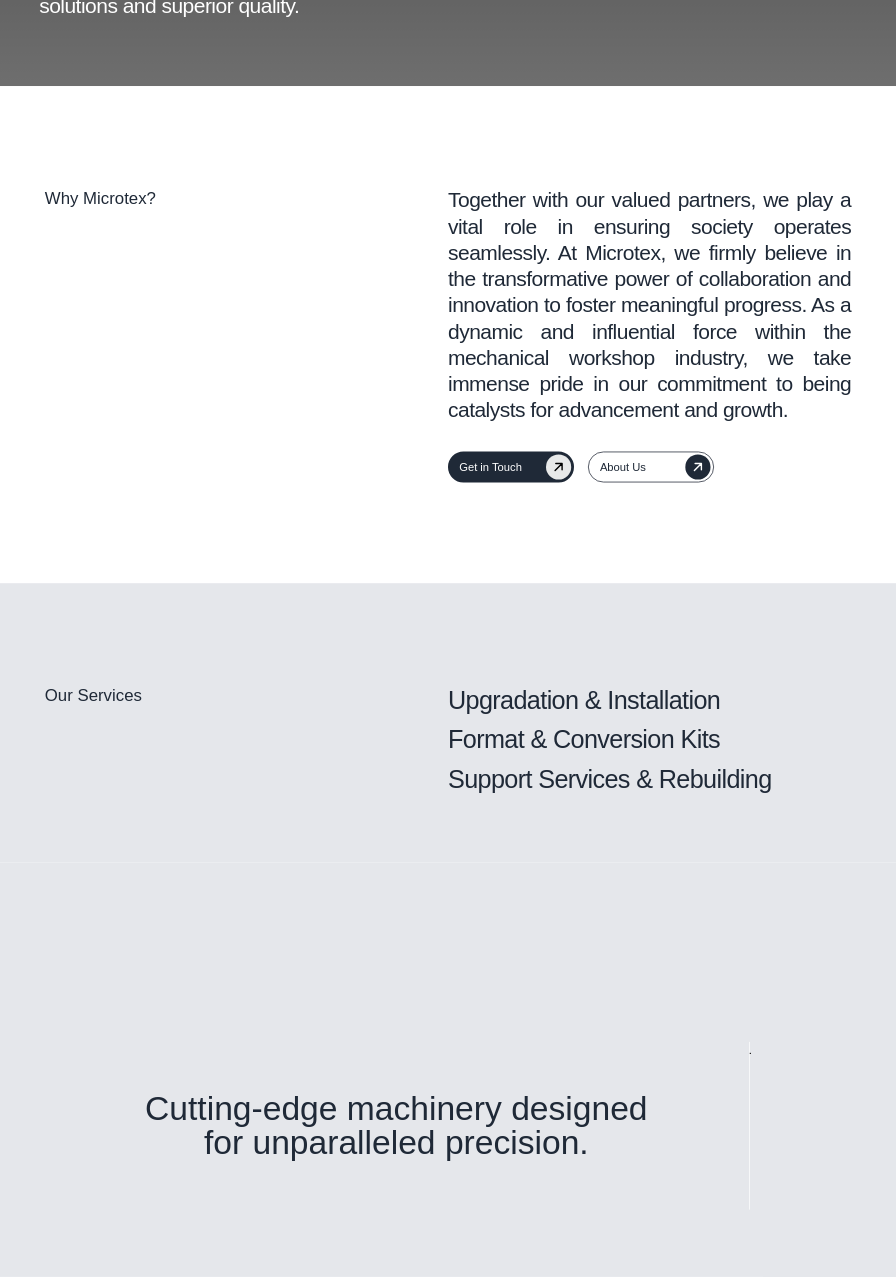
Repository: vespersolutionspk18/microtexwebsite
Page: /
These files come from the project's save history. The page is drawn as it stood at one moment and after the next save; the edit follows.
The browser window is 1280 px wide. The pictures show the part of the page from y = 683 to 2603 px (the page is 2507 px tall before and 2603 px after), at 70% of full size.
Pictures or frames that could not be fetched are drawn as grey boxes. Some web fonts or font styles are not loaded; a fallback is used. The project was rebuilt for these pictures with package versions that can differ from the ones it lists, and the page was loaded fresh each time. The framework's server and built-in components were replaced by stand-ins that run in the browser. Also part of the build but not shown: next.config.mjs.

Above is the page before, as saved 2024-11-18 21:26:44.

After the next save:
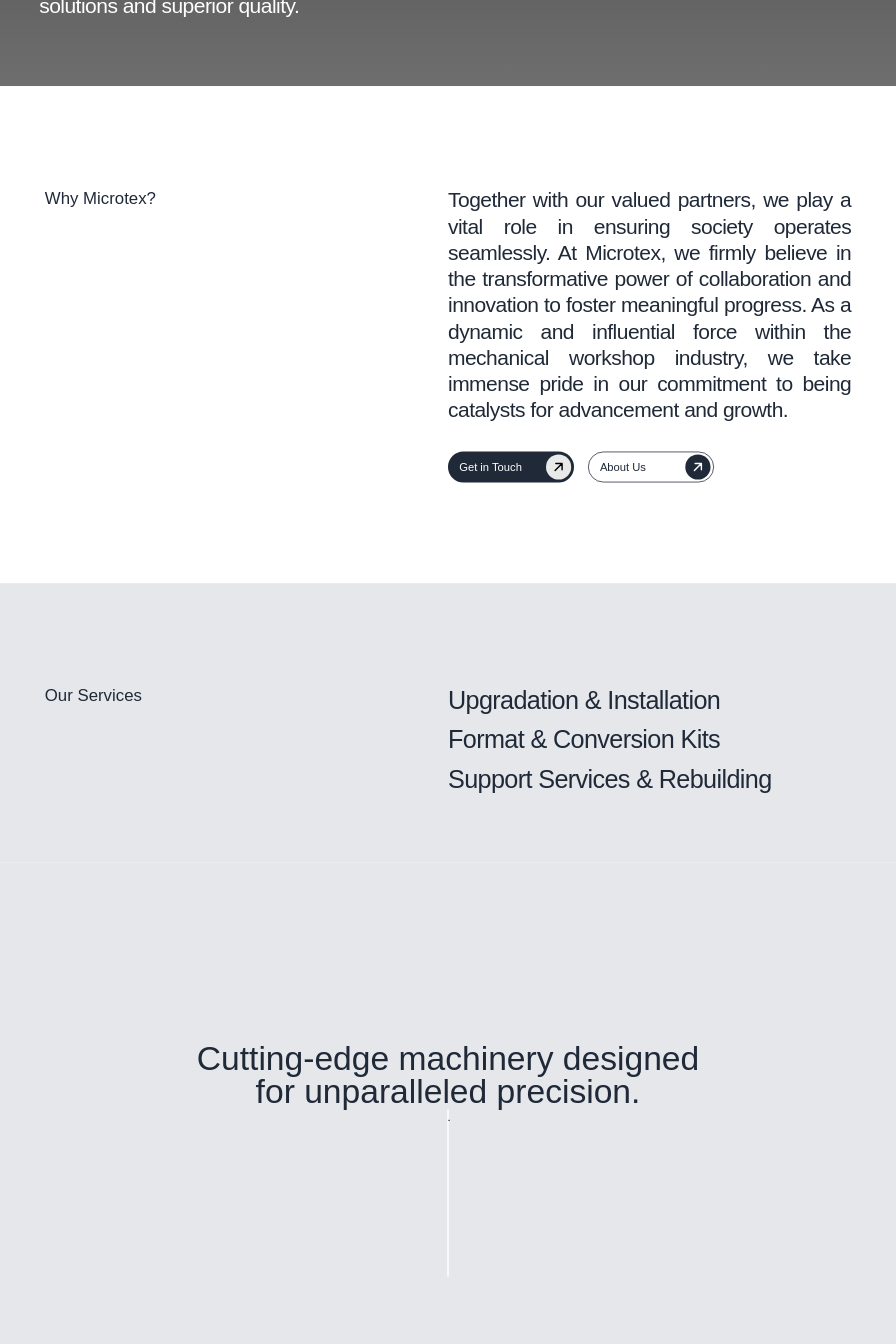
Saved 22 s later.
--- a/app/OurMachines.tsx
+++ b/app/OurMachines.tsx
@@ -2,10 +2,10 @@ import React from 'react'
 
 const OurMachines = () => {
   return (
-    <div className="flex flex-row bg-gray-200 md:pt-64 pr-16 pl-16 pb-24 items-center justify-evenly">
+    <div className="flex flex-col bg-gray-200 md:pt-64 pr-16 pl-16 pb-24 items-center justify-evenly">
     <h3 className="font-light text-center text-gray-800 font-sans text-5xl">Cutting-edge machinery designed <br></br>for unparalleled precision.</h3>
     <div className="flex flex-row gap-10 items-center justify-evenly">
-        <div className="h-[240px] w-1/3 bg-white rounded-xl">.</div>
+    <div className="h-[240px] w-1/3 bg-white rounded-xl">.</div>
     </div>
     </div>
   )
